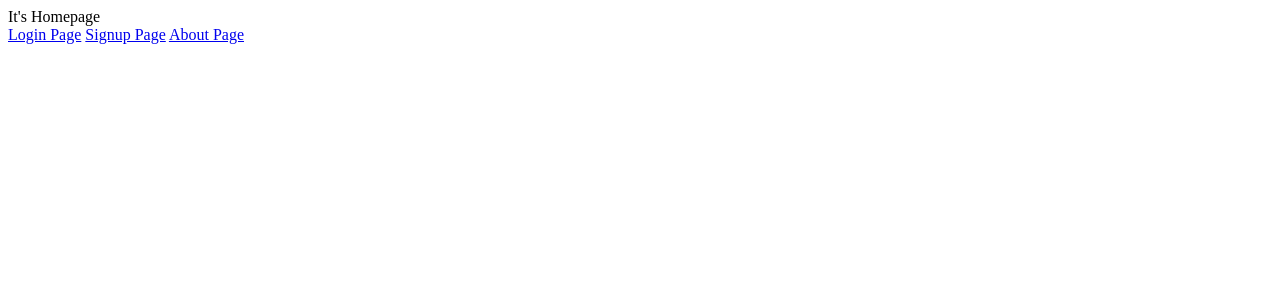
Repository: swapnil-dakhole/Java_code
Page: http://localhost/Basic_application_based_on_mvc/
These files come from the project's save history. The page is drawn as it stood at one moment and after the next save; the edit follows.
The browser window is 1280 px wide. The pictures show the whole page.
The page is served by Tomcat 10.

Above is the page before, as saved 2024-01-24 12:29:06.

After the next save:
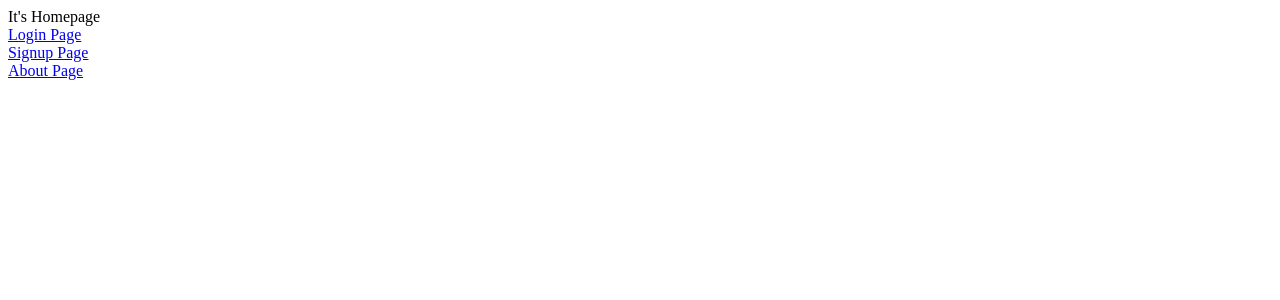
Saved 15 s later.
--- a/Basic application based on mvc/src/main/webapp/index.jsp
+++ b/Basic application based on mvc/src/main/webapp/index.jsp
@@ -8,8 +8,8 @@
 </head>
 <body>
 	It's Homepage <br>
-	<a href="<%=request.getContextPath() %>/Controller?page=login">Login Page</a>
-	<a href="<%=request.getContextPath() %>/Controller?page=signup">Signup Page</a>
-	<a href="<%=request.getContextPath() %>/Controller?page=about">About Page</a>
+	<a href="<%=request.getContextPath() %>/Controller?page=login">Login Page</a><br>
+	<a href="<%=request.getContextPath() %>/Controller?page=signup">Signup Page</a><br>
+	<a href="<%=request.getContextPath() %>/Controller?page=about">About Page</a><br>
 </body>
 </html>
